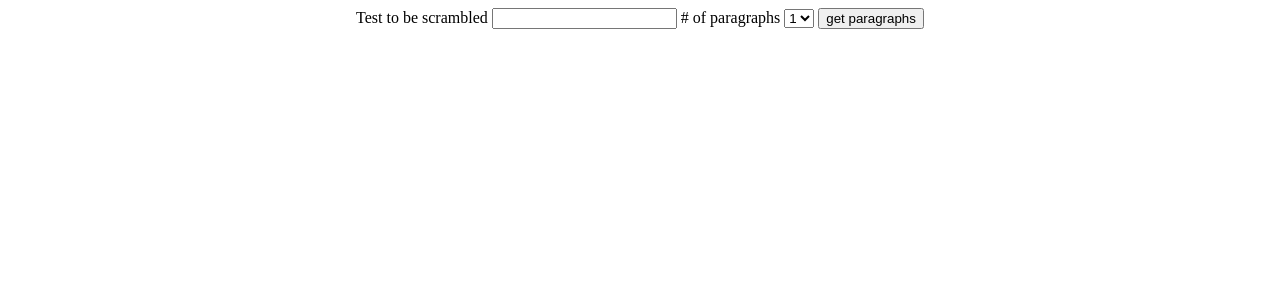
Repository: jedeyejed00/TheGameShaq
Page: HomeWork4/quote.html
The author's editor kept a record of every edit. The page is drawn from the files as they stood at one moment, then again after the next edit.
The browser window is 1280 px wide. The pictures show the whole page.

Above is the page before.

### HomeWork4/quote.html
<!DOCTYPE html>

<html><head>



        <title>Forms</title>

    </head>

    <body><Center>



                <form action="quote_process.php" method="POST">
                <label for "text">Test to be scrambled</label>
                <input type = "text" id ="text" name ="text">

                    <label for ="paragraphs"># of paragraphs</label>
                    <select id ="paragraphs" names ="paragraphs">
                    <option value ="1">1</option>
                     <option value ="2">2</option>
                      <option value ="3">3</option>
                       <option value ="4">4</option>
                       <option value ="5">5</option>

                    </select>



                    <button> get paragraphs</button>



                    </form>



 </Center>





</body>

    </html>

After the next edit:
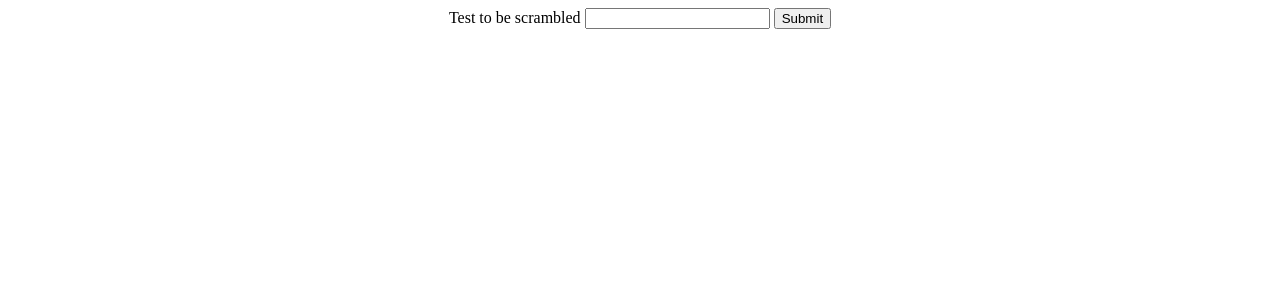
The edit:
--- a/HomeWork4/quote.html
+++ b/HomeWork4/quote.html
@@ -16,19 +16,8 @@
                 <label for "text">Test to be scrambled</label>
                 <input type = "text" id ="text" name ="text">
 
-                    <label for ="paragraphs"># of paragraphs</label>
-                    <select id ="paragraphs" names ="paragraphs">
-                    <option value ="1">1</option>
-                     <option value ="2">2</option>
-                      <option value ="3">3</option>
-                       <option value ="4">4</option>
-                       <option value ="5">5</option>
 
-                    </select>
-
-
-
-                    <button> get paragraphs</button>
+                    <button>Submit</button>
 
 
 
